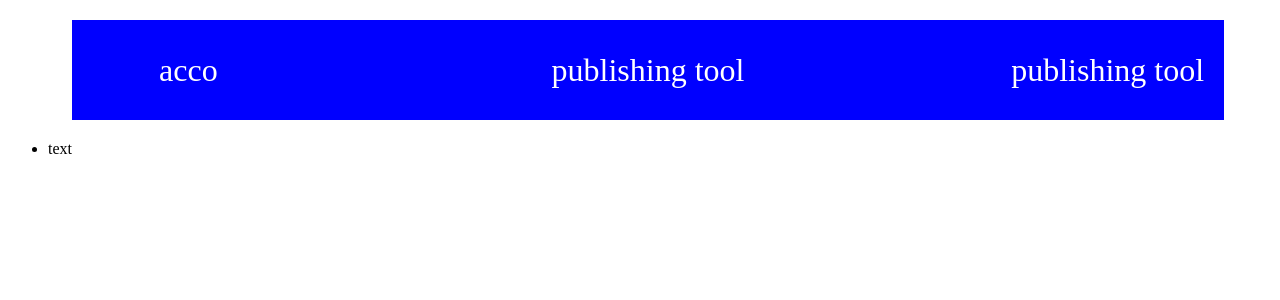
Repository: wimkinnet/Acco_Publish
Page: index.html
The author's editor kept a record of every edit. The page is drawn from the files as they stood at one moment, then again after the next edit.
The browser window is 1280 px wide. The pictures show the whole page.

Above is the page before.

After the next edit:
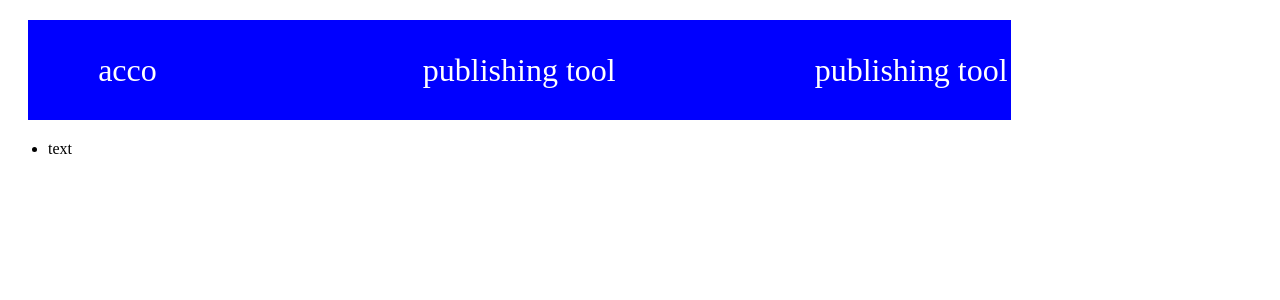
The edit:
--- a/index.html
+++ b/index.html
@@ -6,8 +6,7 @@
     <meta name=“viewport” content=“width=device-width, initial-scale=1”>
     <style>
       .page-header {
-        width: 90vw;
-        margin: 20px 5vw 20px 5vw;
+        margin: 20px;
         background: blue;
         height: 100px;
       }
